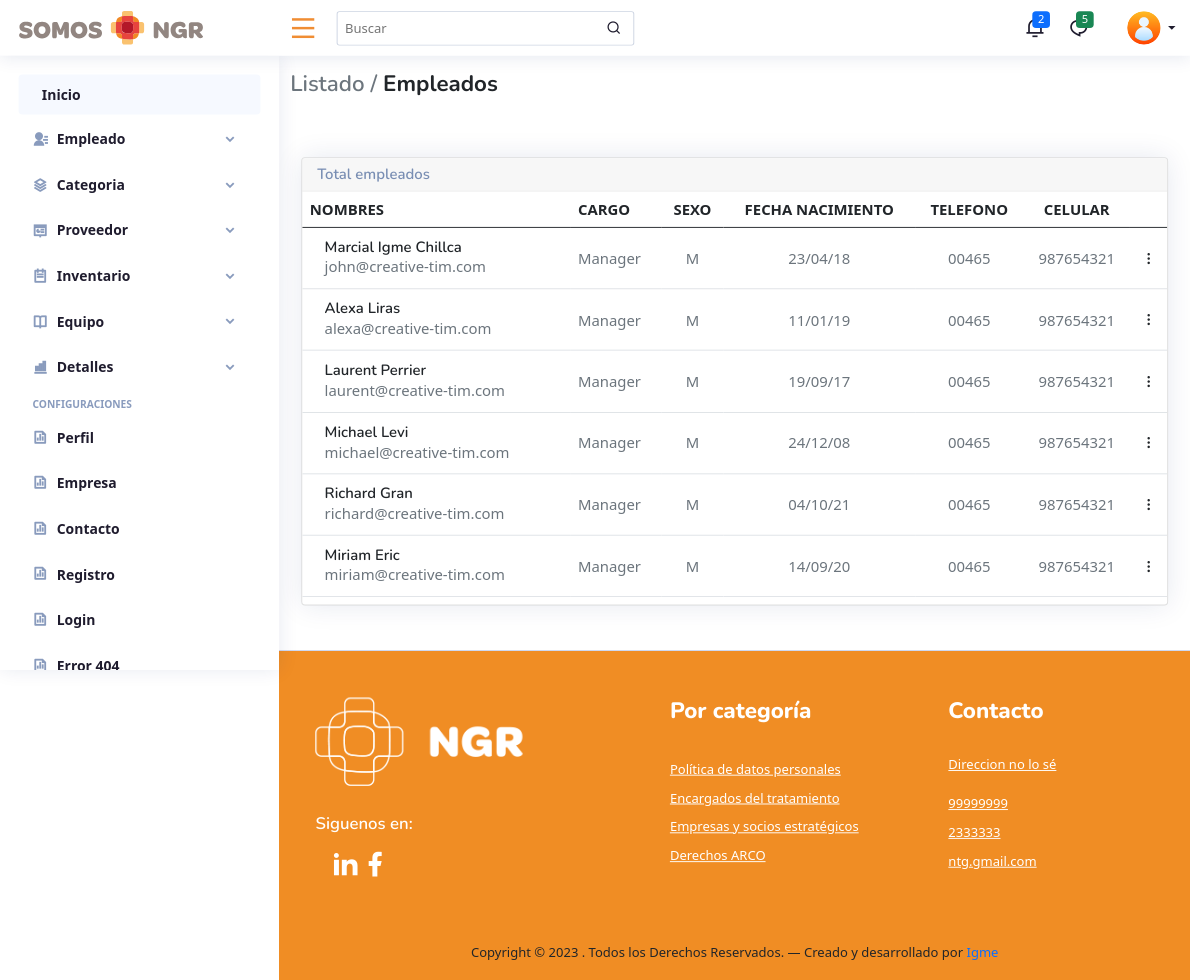
Repository: igmeMarcial/ProyectoLP-2023
Page: http://localhost/proyectoLP_2023/ListadoEmpleados.jsp
The author's editor kept a copy of each file at every save. The page is drawn from the files as they stood at one save, then again after the next save.
The browser window is 1280 px wide. The pictures show the whole page, at 93% of full size.
Some web fonts or font styles are not loaded; a fallback is used. The page is served by Tomcat 9. The template is opened directly, without the code that normally fills it, so the values that code supplies are empty.

Above is the page before, as saved 2023-03-22 18:22:36.

After the next save:
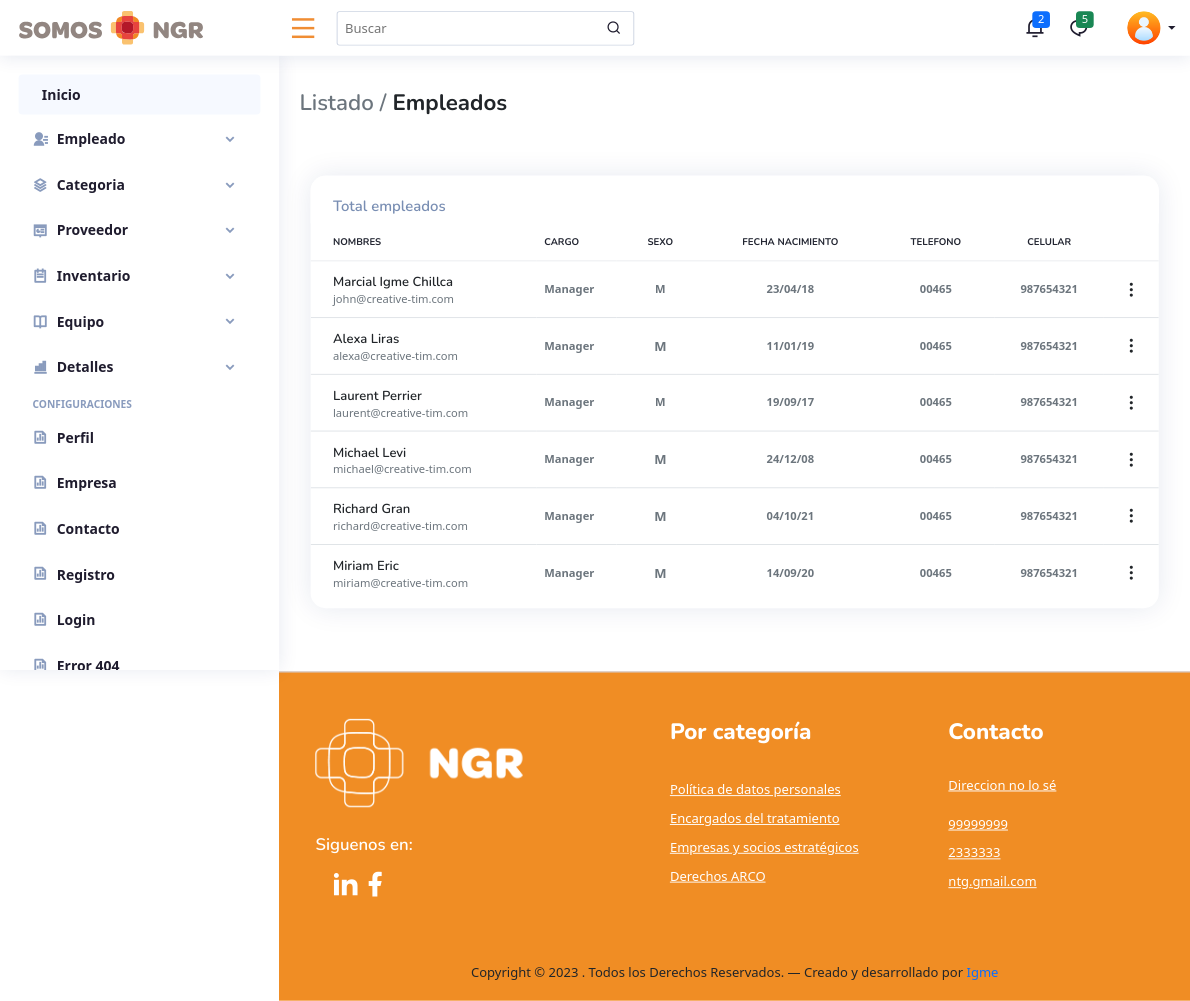
Saved 51 s later.
--- a/proyectoLP_2023/WebContent/ListadoEmpleados.jsp
+++ b/proyectoLP_2023/WebContent/ListadoEmpleados.jsp
@@ -6,7 +6,7 @@
 		<meta charset="UTF-8" />
 		<meta http-equiv="X-UA-Compatible" content="IE=edge" />
 		<meta name="viewport" content="width=device-width, initial-scale=1.0" />
-		<link rel="stylesheet" type="text/css" href="./css/mainPrincipal.css" />
+		<link rel="stylesheet" type="text/css" href="./css/listadoEmpleados.css" />
 		<link rel="preconnect" href="https://fonts.googleapis.com" />
 		<link rel="preconnect" href="https://fonts.gstatic.com" crossorigin />
 		<link href="https://fonts.googleapis.com/css2?family=Playball&display=swap" rel="stylesheet" />
